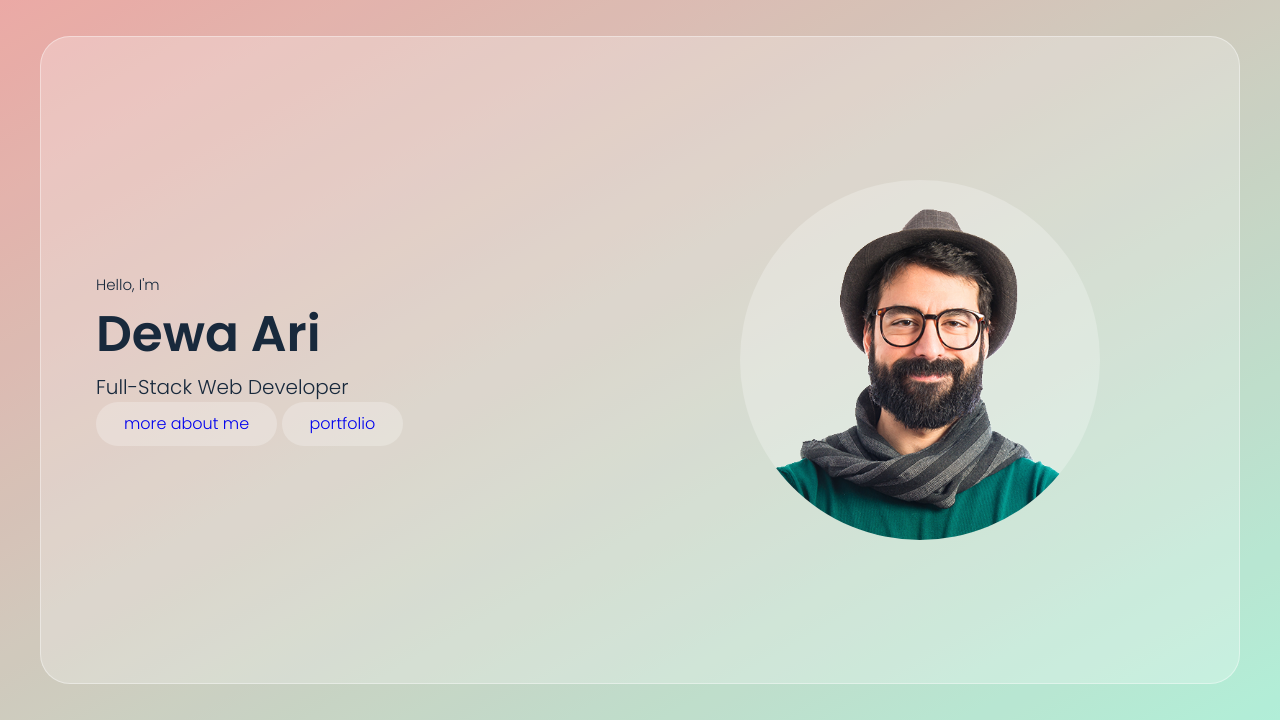
Repository: dewaary/Glassmorp-me
Page: index.html
The author's editor kept a copy of each file at every save. The page is drawn from the files as they stood at one save, then again after the next save.
The browser window is 1280 px wide. The pictures show the whole page.

Above is the page before, as saved 2021-05-12 22:28:52.

### index.html
<!DOCTYPE html>
<html lang="en">
<head>
    <meta charset="UTF-8">
    <meta http-equiv="X-UA-Compatible" content="IE=edge">
    <meta name="viewport" content="width=device-width, initial-scale=1.0">
    <link rel="stylesheet" href="style.css">
    <title>Document</title>
</head>
<body>


    <div class="main">

        <section class="home-section align-items-center">
            <div class="container">
                <div class="row align-items-center">
                    <div class="home-text">
                        <p>Hello, I'm</p>
                        <h1>Dewa Ari</h1>
                        <h2>Full-Stack Web Developer</h2>
                        <a href="#" class="btn">more about me</a>
                        <a href="#" class="btn">portfolio</a>
                    </div>
                    <div class="home-img">
                        <div class="img-box">
                            <img src="img/profile-img.png" alt="profile-img">
                        </div>
                    </div>
                </div>
            </div>
        </section>

    </div>

</body>
</html>

### style.css

/* Fonts */
@import url('https://fonts.googleapis.com/css2?family=Poppins:wght@300;400;500;600;700&display=swap');





/* Variables */

:root{
    --main-color: #e02f6b;
    --blue: #0000ff;
    --blue-dark: #18293c;
    --orange: #ffa500;
    --green-yellow: #cddc39;
    --pink-light: #efa2b4;
    --cyan-light: #aef1ee;
    --white: #ffffff;
    --white-alpha-40: rgba(255, 255, 255, 0.40);
    --white-alpha-25: rgba(255, 255, 255, 0.25);
    --backdrop-filter-blur: blur(5px);

}

*{
    box-sizing: border-box;
    padding: 0;
    margin: 0;
    outline: none;
}

::before,
::after{
    box-sizing: border-box;
}

body {
    min-height: 100vh;
    background-image: linear-gradient(to bottom right, var(--pink-light), var(--cyan-light));
    font-size: 16px;
    font-family: 'Poppins', sans-serif;
    font-weight: 300;
    color: var(--blue-dark);
    line-height: 1.5;
    overflow-x: hidden;
    -webkit-tap-highlight-color: transparent;
    padding: 5vh 15px;
}

body::before{
    content: '';
    position: fixed;
    left: 0;
    top: 0;
    height: 100%;
    width: 100%;
    background-color: var(--green-yellow);
    z-index: -1;
    opacity: 0.12;
}

a{
    text-decoration: none;
}

h1, h2{
    font-weight: 600;
}

h3, h4, h5, h6{
    font-weight: 500;
}

img{
   max-width: 100%;
   vertical-align: middle;
}

section {
    background-color: var(--white-alpha-25);
    border: 1px solid var(--white-alpha-40);
    min-height: 90vh;
    border-radius: 30px;
}

.main{
    max-width: 1200px;
    margin: auto;
}

.row{
    display: flex;
    flex-wrap: wrap;
}

.container {
    padding: 0 40px;
    width: 100%;
}

.align-items-center{
    align-items: center;
}

/*
Buttons */

.btn{
    line-height: 1.5;
    background-color: var(--white-alpha-25);
    padding: 10px 28px;
    display: inline-block;
    border-radius: 30px;
}


/*
Home Section */

.home-section{
    display: flex;
    padding: 120px 0;
}


.home-text, .home-img{
    width: 50%;
    padding: 15px;
}

.home-text p{
    font-size: 15px;
}

.home-text h2{
    font-size: 20px;
    text-transform: capitalize;
    font-weight: 300;
}

.home-text h1{
    font-size: 50px;
    text-transform: capitalize;
}

.home-img .img-box{
    max-width: 360px;
    background-color: var(--white-alpha-25);
    border-radius: 50%;
    background-color: var(--white-alpha-25);
    margin: auto;
}

.home-img .img-box img{
    width: 100%;
    border-radius: 50%;
}

After the next save:
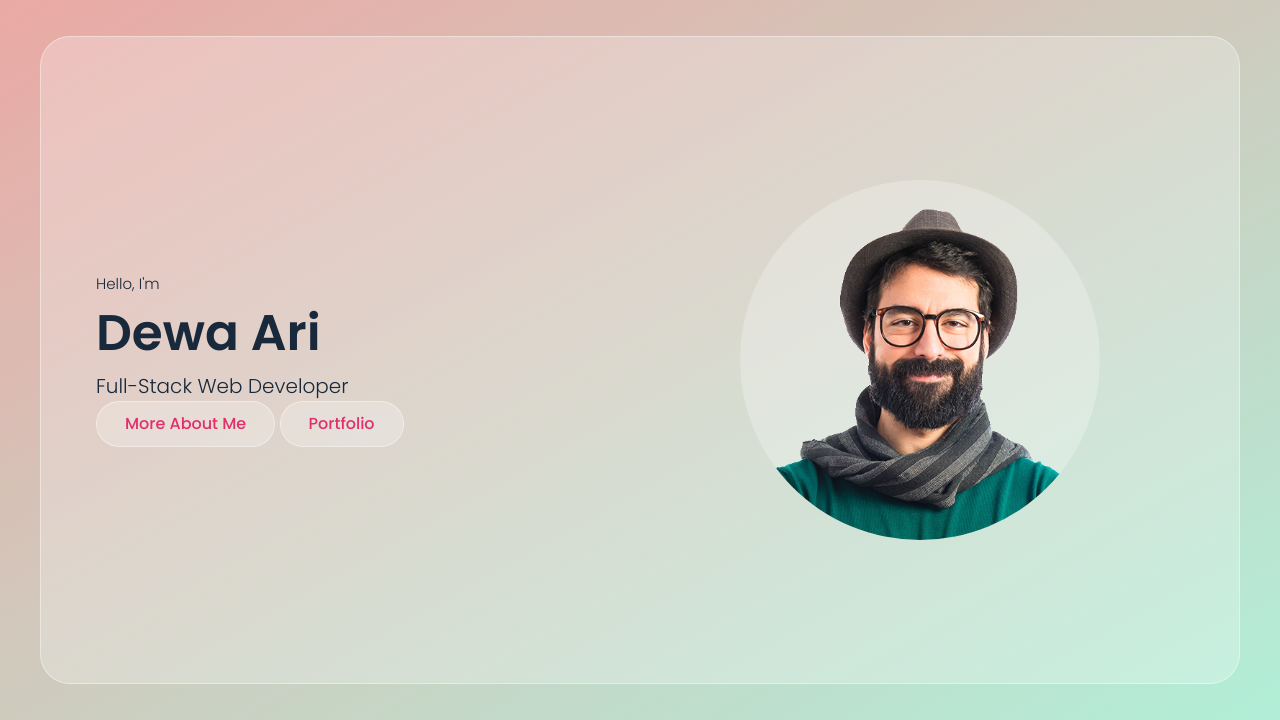
Saved 105 s later.
--- a/style.css
+++ b/style.css
@@ -109,9 +109,17 @@ Buttons */
 .btn{
     line-height: 1.5;
     background-color: var(--white-alpha-25);
+    border: 1px solid var(--white-alpha-40);
     padding: 10px 28px;
     display: inline-block;
     border-radius: 30px;
+    color: var(--main-color);
+    font-weight: 500;
+    text-transform: capitalize;
+    font-family: inherit;
+    font-size: 16px;
+    cursor: pointer;
+
 }
 
 
